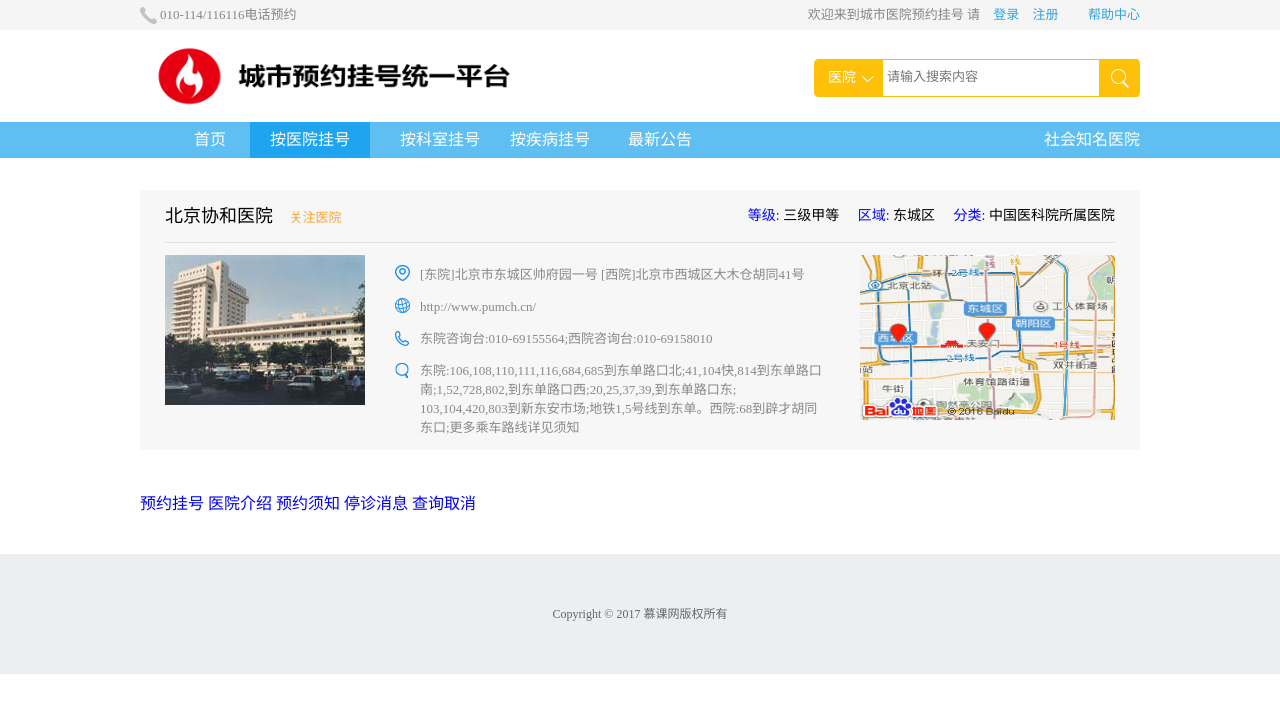
Repository: ScarApocalypse/study
Page: 挂号平台/hospital_detail.html
These files come from the project's save history. The page is drawn as it stood at one moment and after the next save; the edit follows.
The browser window is 1280 px wide. The pictures show the whole page.

Above is the page before, as saved 2019-01-22 23:04:07.

### 挂号平台/hospital_detail.html
<!DOCTYPE html>
<html lang="en">

<head>
    <meta charset="UTF-8">
    <title>城市预约挂号</title>
    <link rel="stylesheet" href="css/layout.css">
    <link rel="stylesheet" type="text/css" href="css/base.css">
    <link rel="stylesheet" type="text/css" href="css/ui.css">
    <link rel="stylesheet" href="css/hosptial.css">
    <link rel="stylesheet" href="css/hospital_detail.css">
    <script type="text/javascript" src="js/jquery-1.7.1.min.js"></script>
    <script type="text/javascript" src="js/data.js"></script>
    <script src="js/hosptial.js"></script>
</head>

<body>
    <!-- 顶部区域 -->
    <div id="top" class="top">
        <div class="wrap">
            <p class="call">010-114/116116电话预约</p>
            <p class="welcome">欢迎来到城市医院预约挂号&nbsp;请&nbsp;<a href="#">登录</a>
                <a href="#">注册</a>
                &nbsp;&nbsp;&nbsp;&nbsp;
                <a href="#">帮助中心</a>
            </p>

        </div>
    </div>
    <!-- 头部区域 -->
    <div id="header" class="header">
        <div class="wrap">
            <a href="index.html" class="logo">
                <img src="img/logo.png">
            </a>
            <div class="search ui-search">
                <div class="ui-search-selected">医院</div>
                <div class="ui-search-selected-list">
                    <a href="#">科室</a>
                    <a href="#">疾病</a>
                    <a href="#">医院</a>

                </div>
                <input class="ui-search-input" type="text" name="search-content" placeholder="请输入搜索内容">
                <a href="#" class="ui-search-submit"></a>
            </div>
        </div>
    </div>
    <!-- 导航栏区域 -->
    <div id="nav" class="nav">
        <div class="wrap">
            <a href="index.html" class="link">首页</a>
            <a href="hosptial.html" class="link link_focus">按医院挂号</a>
            <a href="#" class="link">按科室挂号</a>
            <a href="#" class="link">按疾病挂号</a>
            <a href="#" class="link">最新公告</a>
            <a href="#" class="link right">社会知名医院</a>
        </div>
    </div>
    <!-- 医院信息 -->
    <div class="hospitalDetail wrap">
        <div class="hospitalDetail-title">
            北京协和医院
            <a href="#" class="focus">关注医院</a>
            <div class="hospitalDetail-title-info">
                <span class="header">等级:</span>
                <span class="text">三级甲等</span>
                <span class="header">区域:</span>
                <span class="text">东城区</span>
                <span class="header">分类:</span>
                <span class="text">中国医科院所属医院</span>
            </div>
        </div>
        <div class="hospitalDetail-content">
            <img src="img/hospital-1.jpg" alt="">
            <img src="img/map-1.png" alt="">
            <div class="address">[东院]北京市东城区帅府园一号 [西院]北京市西城区大木仓胡同41号</div>
            <div class="website">http://www.pumch.cn/</div>
            <div class="phone">东院咨询台:010-69155564;西院咨询台:010-69158010</div>
            <div class="message">东院:106,108,110,111,116,684,685到东单路口北;41,104快,814到东单路口南;1,52,728,802,到东单路口西;20,25,37,39,到东单路口东;<br>103,104,420,803到新东安市场;地铁1,5号线到东单。西院:68到辟才胡同东口;更多乘车路线详见须知</div>
        </div>
    </div>
    <div id="order-content" class="order-content">
            <div class="wrap clearfix">
                <!-- 切换栏 -->
                <div class="order-content-tab">
                    <div class="caption">
                        <a href="#8" class="item item_focus">预约挂号</a>
                        <a href="#7" class="item">医院介绍</a>
                        <a href="#7" class="item">预约须知</a>
                        <a href="#7" class="item">停诊消息</a>
                        <a href="#7" class="item">查询取消</a>

                    </div>
                    <div class="block">
                        <div class="item">

                        </div>
                        <div class="item" style="display:none;">
                             科室内容
                        </div>


                    </div>
                </div>

            </div>

        </div>
    <!-- 页脚区域 -->
    <div id="footer" class="footer">
        Copyright &copy 2017 慕课网版权所有
    </div>
    <!-- 回到顶部 -->
    <!-- <a class="go-top" href="#"></a> -->
    <script type="text/javascript" src="js/ui.js"></script>
</body>

</html>

### 挂号平台/css/layout.css
*{
	margin:0;
	padding:0;
}
.clearfix:after{
	content:' ';
	display: block;
	height:0;
	line-height: 0;
	clear:both;
	zoom:1;
}
.wrap{
	width: 1000px;
	margin:0 auto;
	position: relative;
}
.top{
	height: 30px;
	background-color:#f5f5f5;
}
.header{
	height: 92px;
}
.nav{
	height: 36px;
	background-color:#60bff2;
}
.banner{
	width: 802px;
	margin:0 auto;
	height: 414px;
	padding:9px 0 0 198px;
}
.banner-slider{
	float: left;
	width: 544px;
	height: 414px;
	background-color: #8edff3;
}
.banner-search{
	float:right;
	width:250px;
	height:255px;
	background-color: #eee;
}
.banner-help{
	float: right;
	width: 250px;
	height: 146px;
	background-color: #ccc;
	margin-top:12px;
}
.content{
	padding:10px 0 38px 0;
}
.content-tab{
	float: left;
	width: 742px;
	height: 490px;
	background-color: #eee;
}
.content-close,
.content-news{
	float: right;
	width: 248px;
	height: 236px;
	border:1px solid #ccc;
}
.content-close{
	margin-top:12px;
	border-color:red;
}
.footer{
	height:70px;
	padding:25px;
	background-color: #eceef2;
}

### 挂号平台/css/base.css
p{
	display: inline-block;
}
a{
	text-decoration: none;
}
select,input{
	border:none;
	outline:none;
}
img{
	display: block;
}
/*top样式*/
.top{
	line-height: 30px;
	font-size:13px;
	color:#868686;
}
.top .call{
	float:left;
	padding-left:20px;
	background:url(../img/icon-call.png) no-repeat center left;
}
.top .welcome{
	float: right;
}
.top a{
	color:#2da5e1;
	padding-left:10px;
}
/*header样式*/
.header .logo{
	width: 402px;
	height: 74px;
	padding:9px 0;
	display: inline-block;
}
.header .logo img{
	width: 100%;
	height: 100%;
}
.header .search{
	width: 326px;
	height: 38px;
	position: absolute;
	right:0;
	top:29px;
	background-color: orange;
}
/*nav样式*/
.nav .link{
	display: inline-block;
	float:left;
	padding-left:30px;
	line-height: 36px;
	color:#fff;
	font-size:16px;
	min-width:80px;
	text-align: center;
}
.nav .right{
	float:right;
}
.nav .link_focus{
	color:#fff;
	background-color:#1fa4f0;
	padding:0 20px;
}
.nav a:hover{
	color:#d7f3ff;
}
.nav .menu{
	width: 130px;
	padding-right: 30px;
	background-color: #1fa4f0;
	position: relative;

}
.nav .menu .menu-list{
	position: absolute;
	background-color: #1fa4f0;
	width: 100%;
	height: 423px;
	left: 0;
	top:36px;

}
/*banner内样式*/
.banner-search{
	background-color: #fafafa
}
.banner-help .caption,
.banner-search .caption{
	height: 22px;
	padding:15px 0 15px 0;
	text-align: center;
}
.banner-help .caption .text,
.banner-search .caption .text{
	display: inline-block;
	height: 22px;
	line-height: 22px;
	padding-left:28px;
	color:#fec009;
	font-size:16px;
	background: url(../img/icon-help.png) no-repeat 0 0;
}

.banner-search .form{
	height: 150px;
}
.banner-search .form .line{
	padding-bottom:9px;
	text-align: center;
}
.banner-search .form .line select{
	width: 170px;
	font-size:12px;
	z-index:0;
	border:1px solid #dcdddd;
	height: 26px;
	line-height: 26px;
	padding:2px 0;
	border-radius: 5px;
	color:#666;
}
.banner-search .submit{
	height: 32px;
	text-align: center;
}
.banner-search .submit .button{
	width: 108px;
	height: 32px;
	background-color: #f3cd09;
	font-size: 14px;
	color:#fff;
	border-radius: 3px;
	cursor: pointer;
}
.banner-help{
	background-color: #fafafa;
}
.banner-help .caption .text{
	color:#00b3ea;
	background-position: 0 -23px;
}
.banner-help .link{
	color:#00b3ea;
	display: inline-block;
	width: 86px;
	height: 26px;
	line-height: 26px;
	font-size:14px;
	text-align: center;
	padding:0 0 8px 26px;
}
/*content样式*/

/*content新闻和停诊样式*/
.content-close,
.content-news{
	background-color:#fff;
	border:1px solid #f4f6fa;
}
.content-close .caption,
.content-news .caption{
	height:38px;
	line-height: 38px;
	background-color: #f4f6fa;
	text-indent:20px;
	color:#fec009;
	font-size:15px;
}
.content-close .more,
.content-news .more{
	float: right;
	padding-right: 22px;
	font-size:12px;
	color:#868686;
}
.content-close .list,
.content-news .list{
	padding: 15px 20px 13px 35px;
	line-height: 29px;
	font-size:12px;
	background: url(../img/list-yellow.jpg) 15px 22px no-repeat;
}
.content-close .list .link,
.content-news .list .link{
	display: block;
	color:#969696;
}

.content-close .caption{
	color:#4ab4ed;
}
.content-close .list{
	background: url(../img/list-blue.jpg) 15px 22px no-repeat;

}
/*tab样式*/
.content-tab{
	background: none;
}
.content-tab .caption{
	height: 34px;
	line-height: 34px;
	background-color: #f5f6fa;
}
.content-tab .caption .item{
	display: block;
	width: 112px;
	height: 34px;
	text-align: center;
	float: left;
	color:#00b3ea;
}
.content-tab .caption .item_focus{
	background-color: #60bff2;
	color:#fff;
}
.content .block{
	border:1px solid #f4f6fa;
	height: 452px;
}
.content-tab .block-caption{
	height: 26px;
	line-height: 26px;
	padding:8px;
	border-bottom:1px solid #f4f6fa;
}
.content-tab .block-caption-item{
	display: inline-block;
	padding:0 10px 0 10px;
	font-size:12px;
	color:#4c4948;
}
.content-tab .block-caption-item_focus{
	background-color: #60bff2;
	color:#fff;
}
.content-tab .block-content{
	padding:16px 12px;
}
.content-tab .block-content .block-list .item{
	float: left;
	width:216px;
	height: 102px;
	padding:0 20px 10px 120px;
	position: relative;
	font-size:12px;
}
.content-tab .block-content .block-list .item img{
	width: 110px;
	height: 98px;
	position: absolute;
	left:0;
	top:0;
}
.content-tab .block-content .block-list .item-name{
	color:#036eb7;
	font-size:14px;
	line-height: 21px;
	padding-top:13px;
}
.content-tab .block-content .block-list .item-level{
	float: right;
	font-size:12px;
	color:#979797;
}
.content-tab .block-content .block-list .item-phone,
.content-tab .block-content .block-list .item-address{
	/*font-size:12px;*/
	line-height: 18px;
	padding-bottom:4px;
	color:#666;
}
/*tab文案列表样式*/
.content-tab .block-content .block-text-list{

}
.content-tab .block-content .block-text-list .item{
	width: 351px;
	height: 27px;
	display: block;
	font-size:14px;
	color:#666;
	padding-top:8px;
	float: left;
	border-bottom:1px dashed #dcdddd;

}
.content-tab .block-content .block-text-list .item:nth-child(2n){
	margin-left:13px;
}
.content-tab .block-content .block-text-list .item .level{
	float: right;
	padding-right:10px;
}
.content-tab .block-content .block-more{
	display: block;
	line-height: 55px;
	text-align: center;
	color:#5084c4;
	font-size:14px;
}
/*页脚样式*/
.footer{
	line-height: 70px;
	text-align: center;
	font-size:12px;
	color:#666;
}
.go-top{
	display: block;
	position: fixed;
	width: 40px;
	height: 40px;
	right:2px;
	bottom:2px;
	z-index:99;
	color:#fff;
	background: rgb(102,102,102) url(../img/icon-go-up.png) center no-repeat;
	/*background: red;*/
}
.go-top:hover{
	background: rgb(102,102,102);
}
.go-top:hover:after{
	content:'回到顶部';
	display: block;
	line-height: 20px;
	text-align: center;
}

### 挂号平台/css/ui.css
/*ui-search搜索*/
.ui-search {
	background: url(../img/ui-search.jpg);
	font-size: 14px;
	color: #fff;
	position: relative;
}

.ui-search-selected {
	width: 70px;
	height: 38px;
	line-height: 38px;
	position: absolute;
	left: 0;
	top: 0;
	text-indent: 14px;
}

.ui-search-selected-list {
	display: none;
	position: absolute;
	width: 67px;
	line-height: 24px;
	background-color: #fff;
	box-shadow: 3px 3px 5px rgba(0, 0, 0, .2);
	left: 2px;
	top: 36px;
	z-index: 2;
}

.ui-search-selected-list a {
	display: block;
	text-align: center;
	color: #a5a2a2;
}

.ui-search-selected-list a:hover {
	background-color: #ebeef5;
}

.ui-search-input {
	width: 208px;
	height: 26px;
	position: absolute;
	top: 5px;
	left: 73px;
	line-height: 26px;
	font-size: 13px;
	color: #a5a2a2;
}

.ui-search-submit {
	display: block;
	position: absolute;
	right: 0;
	top: 1px;
	width: 40px;
	height: 36px;
}

/* ui-menu分类菜单 */
.ui-menu{}
.ui-menu-item{
	height: 22px;
	line-height: 22px;
	padding:8px 5px 9px 6px;
	/* margin-left:2px; */
	/* position: relative; */
}
.ui-menu-item:hover{
	background: #fff;
}
.ui-menu-item-department{
	float: left;
	height: 22px;
	line-height: 22px;
	position: relative;
	padding-left:30px;
	font-size:14px;
	color:#fff;
}
.ui-menu-item-department:before{
	content:'';
	display:block;
	width: 22px;
	height: 21px;
	position: absolute;
	left:0;
	top:1px;
	background:url('../img/icon-menu.jpg') -22px 0 no-repeat;
}
.ui-menu-item:nth-child(2) .ui-menu-item-department:before{
	background-position-y:-22px;
}
.ui-menu-item:nth-child(3) .ui-menu-item-department:before{
	background-position-y:-66px;
}
.ui-menu-item-disease{
	font-size: 12px;
	float:right;
	padding-left:5px;
	color:#d7f3ff
}
.ui-menu-item:hover .ui-menu-item-department:before{
	background-position-x: 0;
}
.ui-menu-item:hover .ui-menu-item-department{
	color:#333;
}
.ui-menu-item:hover .ui-menu-item-disease{
	color:#868686;
}
.ui-menu-item:hover .ui-menu-item-detail{
	display: block;
}
.ui-menu-item-detail{
	display:none;
	position: absolute;
	width: 500px;
	height: 393px;
	padding:20px 10px 10px 29px;
	background:#fff url(../img/bg-menu.jpg) center no-repeat;
	top:0;
	left:190px;
	box-shadow:5px 5px 2px rgba(0,0,0,.1);
	z-index:9;

}
.ui-menu-item-detail-group{
	padding-bottom:20px;
	text-align: left;


}
.ui-menu-item-detail-group-caption{
	width: 100%;
	display:block;
	color:#666;
	font-size:16px;
	font-weight:bold;
	line-height: 34px;
	height: 34px;
}
.ui-menu-item-detail-group-list{
	line-height: 23px;
}
.ui-menu-item-detail-group-list a{
	display: inline-block;
	color:#868686;
	margin-right:8px;
	font-size:12px;
	padding-bottom:5px;
}
.ui-menu-item-detail-group-list a:after{
	content:'|';
	color:#eee;
	padding-left:8px;
}
/* ui-slider组件 */
.ui-slider{
	width: 544px;
	height: 414px;
	position: relative;
	overflow: hidden;
}
.ui-slider-wrap{
	width: 99999px;
	height: 414px;
	position: absolute;
	left:0;
	right:0;
	transition:all .5s;
}
.ui-slider-wrap .item{
	display: block;
	float:left;
	width: 544px;
	height: 414px;
}
.ui-slider-arrow{
	width: 544px;
	height: 40px;
	position: absolute;
	/* background: #000;	 */
	top:50%;
	transform: translateY(-50%);
}
.ui-slider-arrow .item{
	display: block;
	width: 40px;
	height: 40px;
	position: absolute;
	top:0;
	background: url(../img/ui-slider-arrow.png) no-repeat;
}
.ui-slider-arrow .left{
	left:0;
}
.ui-slider-arrow .right{
	right:0;
	background-position: -40px 0;
}
.ui-slider-process{
	width: 544px;
	height: 12px;
	text-align: center;
	position: absolute;
	left:0;
	bottom:20px;
}
.ui-slider-process .item{
	display: inline-block;
	width: 16px;
	height: 16px;
	background:url(../img/ui-slider-process.png) no-repeat;

}
.ui-slider-process .item_focus,
.ui-slider-process .item:hover{
	background-position: -23px 0;
}
/* 回到顶部 */
.ui-backTop{
	display: none;
	position: fixed;
	right:2px;
	bottom: 2px;
	z-index: 9;
	width: 40px;
	height: 40px;
	color: #fff;
	background:rgba(102,102,102,.9) url(../img/icon-go-up.png) center no-repeat;
}
.ui-backTop:hover{
	background: rgba(102,102,102,.9);
}
.ui-backTop:hover:after{
	content:'回到顶部';
	display: block;
	line-height: 20px;
	text-align: center;
}

### 挂号平台/css/hosptial.css
/* 筛选区域 */
.filter{
    min-height: 100px;
    background-color: #fbfbfb;
    margin:20px auto;
}
.filter .group{
    padding:15px 60px 15px 180px;
    color:#4c4948;
    font-size:12px;
    line-height: 18px;
    min-height:30px;
    position: relative;
}
.filter .group .caption{
    position: absolute;
    left: 30px;
    top: 21px;
    width: 150px;
}
.filter .group .condition{
   color:#4c4948;
   display: inline-block;
   position: relative;
   margin:6px 24px 6px 0px;
   padding:0 5px;
}
.filter .group .caption .condition{
    position: absolute;
    right:0;
    top: -6px;
}
.filter .group .caption .condition::before,
.filter .group .condition::after{
    content:'';
    display: block;
    width: 1px;
    height: 18px;
    background: #dcdddd;
    position: absolute;
    top:0;
    right:-12px;
}
.filter .group .caption .condition::before{
    left:-12px;
}
.filter .group .condition_focus,
.filter .group .condition:hover{
    color:#fff;
    background-color:#60bff2;
}
/* 医院列表 */
.datalist .item{
    height: 130px;
    padding:23px 0 23px 224px;
    border:1px solid #f4f6fa;
    border-bottom:none;
    position: relative;
}
.datalist .item .cover{
    width: 180px;
    height: 130px;
    position: absolute;
    overflow: hidden;
    left: 15px;
    top: 23px;
}
.datalist .item:hover{
    background-color:#f5fcff;
}
.data .item .cover img{
    width: 100%;
    height: 100%;
}
.datalist .item .name{
    padding:13px 0;
    color:#000;
    font-size:15px;
}
.datalist .item .name .level{
    padding:0 2px 0 14px;
    color:#f7b52c;
    font-size: 12px;
}
.datalist .item .address,
.datalist .item .phone,
.datalist .item .time{
    margin-bottom:8px;
    font-size: 13px;
    color:#888;
    line-height: 17px;
    padding-left:22px;
    background: url(../img/icon-tel.png) no-repeat;
    background-position: 1px -36px;
}
.datalist .item .phone{
    background-position: 1px 0;
}
.datalist .item .address{
    background-position: 1px -17px;
}
.datalist .item .button{
    position: absolute;
    width: 105px;
    height: 37px;
    right: 70px;
    top:76px;
    display: block;
    background:url(../img/button-now.png) no-repeat  center left;
}
.datalist .item .button:hover{
    background-position: center right;
}
/* 分页区域 */
.pagination{
    height: 45px;
    line-height: 25px;
    border:1px solid #f4f6fa;
    text-align: center;
    color:#666;
    font-size:15px;
    margin-bottom:200px;
    padding:10px 0;
    box-sizing: border-box;
}
.pagination .item{
    margin-left:14px;
    color:#666;
    display: inline-block;
}
.pagination .item_icon:hover{
    background-color: #00b3ec;
}
.pagination .item_icon{
    background:url(../img/icon-pagination-arrow.png) no-repeat;
}
.pagination .item_prev{
    background-position: 6px -15px;
}
.pagination .item_prev:hover{
    background-position: -20px -15px;
}
.pagination .item_next{
    background-position: 8px 4px;
}
.pagination .item_next:hover{
    background-position: -18px 4px;
}
.pagination .input_page,
.pagination .item_page,
.pagination .item_icon{
    display: inline-block;
    width: 23px;
    height: 23px;
    line-height: 23px;
    border:solid 1px #dcdddd;
    border-radius:3px;
}
.pagination .item_page_focus{
    background:#00b3ec;
    color:#fff
}
.pagination .input_page{
    width: 45px;
    text-align: center;
}
.pagination .input_submit{
    width: 34px;
    height: 25px;
    display: inline-block;
    margin-left:10px;
    background:url(../img/icon-pagination-go.png);
    vertical-align:middle;
    cursor: pointer;
}

### 挂号平台/css/hospital_detail.css
.hospitalDetail{
    height: 260px;
    background:#f7f7f7;
    margin-top:32px;
    /* padding-left:250px */
    padding:0 25px;
    position: relative;
    box-sizing:border-box;
}
.hospitalDetail .hospitalDetail-title{
    font-size:18px;
    height: 52px;
    line-height: 52px;
    border-bottom:1px solid #e2e2e2;
}
.hospitalDetail .hospitalDetail-title .focus{
    color:#f9a533;
    font-size:13px;
    margin-left:12px;
}
.hospitalDetail .hospitalDetail-title .hospitalDetail-title-info{
    float:right;
    font-size:14px;
}
.hospitalDetail .hospitalDetail-title .hospitalDetail-title-info .header{
    color:#0205ff;
    margin-left:15px;
}
.hospitalDetail-content{
    padding:22px 290px 0 230px;
    position: relative;
}
.hospitalDetail-content img{
    position: absolute;
    left:0;
    top:12px;
    width: 200px;
    height: 150px;
}
.hospitalDetail-content img:nth-child(2){
    width: 255px;
    height: 165px;
    left:auto;
    right:0;
}
.hospitalDetail .hospitalDetail-content .website,
.hospitalDetail .hospitalDetail-content .phone,
.hospitalDetail .hospitalDetail-content .message,
.hospitalDetail .hospitalDetail-content .address{
    background: url(../img/icon-web.png) 0 0 no-repeat;

    padding-left:25px;
    font-size:13px;
    line-height: 19px;
    height:17px;
    margin-bottom:15px;
    color:#888;
}
.hospitalDetail .hospitalDetail-content .website{
    background-position:0 -21px;
}
.hospitalDetail .hospitalDetail-content .phone{
    background-position: 0 -42px;
}
.hospitalDetail .hospitalDetail-content .message{
    background-position: 0 -63px;
}
/* 内容切换栏区域 */
.order-content{
    margin:40px 0;
    padding:0;

}
.order-content-tab{
    /* width: 1000px; */
    width: 100%;
}

### 挂号平台/js/ui.js
//ui-search组件
$.fn.UiSearch = function () {
	var ui = $(this);
	var flag = 0;
	$('.ui-search-selected', ui).on('click', function () {
		if (flag) {
			$('.ui-search-selected-list').hide();
			flag = 0;
		} else {
			$('.ui-search-selected-list').show();
			flag = 1;
		}

		return false;
	});
	$('.ui-search-selected-list a', ui).on('click', function () {
		$('.ui-search-selected').text($(this).text());
		$('.ui-search-selected-list').hide();
		flag = 0;
		return false;
	});
	$('body').on('click', function () {
		if (flag) {
			$('.ui-search-selected-list').hide();
			flag = 0;
		}

	});
};
$.fn.UiSlider = function () {
	var ui = $(this);
	var wrap = $('.ui-slider-wrap');
	var btn_prev = $('.ui-slider-arrow .left', ui);
	var btn_next = $('.ui-slider-arrow .right', ui);
	var items = $('.ui-slider-wrap .item', ui);
	var tips = $('.ui-slider-process .item', ui);
	// 预定义
	var current = 0;
	var size = items.size();
	var width = items.eq(0).width();
	var enableAuto = true;
	// 具体操作
	ui.on('mouseover', function () {
		enableAuto = false;
	}).on('mouseout', function () {
		enableAuto = true;
	});
	wrap
		.on('move_to', function (evt, index) {
			wrap.css('left', index * width * -1);
			tips.removeClass('item_focus').eq(index).addClass('item_focus');
		})
		.on('move_prev', function () {
			if (current <= 0) {
				current = size - 1;
			}
			current = current - 1;
			wrap.triggerHandler('move_to', current);
		})
		.on('move_next', function () {
			if (current == size - 1) {
				current = -1;
			}
			current = current + 1;
			wrap.triggerHandler('move_to', current);
		})
		.on('auto_move', function () {
			setInterval(function () {
				enableAuto && wrap.triggerHandler('move_next');
			}, 2000)
		});
	btn_prev.on('click', function () {
		wrap.triggerHandler('move_prev');
	});
	btn_next.on('click', function () {
		wrap.triggerHandler('move_next');
	});
	wrap.triggerHandler('auto_move');
};
// 级联菜单
$.fn.UiCascading = function () {
	var ui = $(this);
	var selects = $('select', ui);
	selects
		.on('reloadOptions', function () {
			var method = $(this).attr('data-search');
			var args = $(this).attr('data-where').split(',');

			var data = AjaxRemoteGetData[method].apply(this,args);
			var select = $(this);

			select.find('option').remove();
			// console.log(select[0]);
			$.each(data, function (i, item) {
				var el = $('<option value="' + item + '">' + item + '</option>');
				// console.log(el[0]);

				select.append(el);
			});

		})
		.on('change', function () {
			var val = $(this).val();
			var index = selects.index(this);
			// 触发下一个select的更新，根据当前的值
			var where = $(this).attr('data-where');
			where = where ? where.split(',') : [];
			where.push($(this).val());
			selects.eq(index + 1)
				.attr('data-where', where.join(','))
				.triggerHandler('reloadOptions');

			ui.find('select:gt(' + (index + 1) + ')').each(function () {
				$(this)
					.attr('data-where', '')
					.triggerHandler('reloadOptions');
			});


		});

	selects.eq(0).triggerHandler('reloadOptions');

};
$.fn.UiTab=function(header,content,focus_prefix){
	var ui=$(this);
	var tabs=$(header,ui);
	var cons=$(content,ui);
	var focus_prefix=focus_prefix||'';
	tabs.on('click',function(){
		var index=$(this).index();

		tabs.removeClass(focus_prefix+'item_focus').eq(index).addClass(focus_prefix+'item_focus');
		cons.hide().eq(index).show();

	});
};
$.fn.UiBackTop=function(){
	var ui=$(this);

	var el=$('<a class="ui-backTop" href="#"></a>');
	ui.append(el);
	// alert('msg');
	var windowHeight=$(window).height();
	$(window).on('scroll',function(){
		var top=$('html').scrollTop();
		if(top>windowHeight){

			el.show();
		}else{
			el.hide();
		}
	});
};
$(function () {
	console.log("hello");
	$('.ui-search').UiSearch();
	$('.ui-slider').UiSlider();
	$('.ui-cascading').UiCascading();
	$('.content-tab').UiTab('.caption > .item','.block > .item');
	$('.content-tab .block .item').UiTab('.block-caption>a','.block-content > .block-wrap','block-caption-');
	$('body').UiBackTop();
	console.log(AjaxRemoteGetData.getDistinctArea());
});

Loaded but not shown: 挂号平台/js/jquery-1.7.1.min.js (library); 挂号平台/js/hosptial.js (145 lines, source omitted); 挂号平台/js/data.js (172 lines, source omitted)

After the next save:
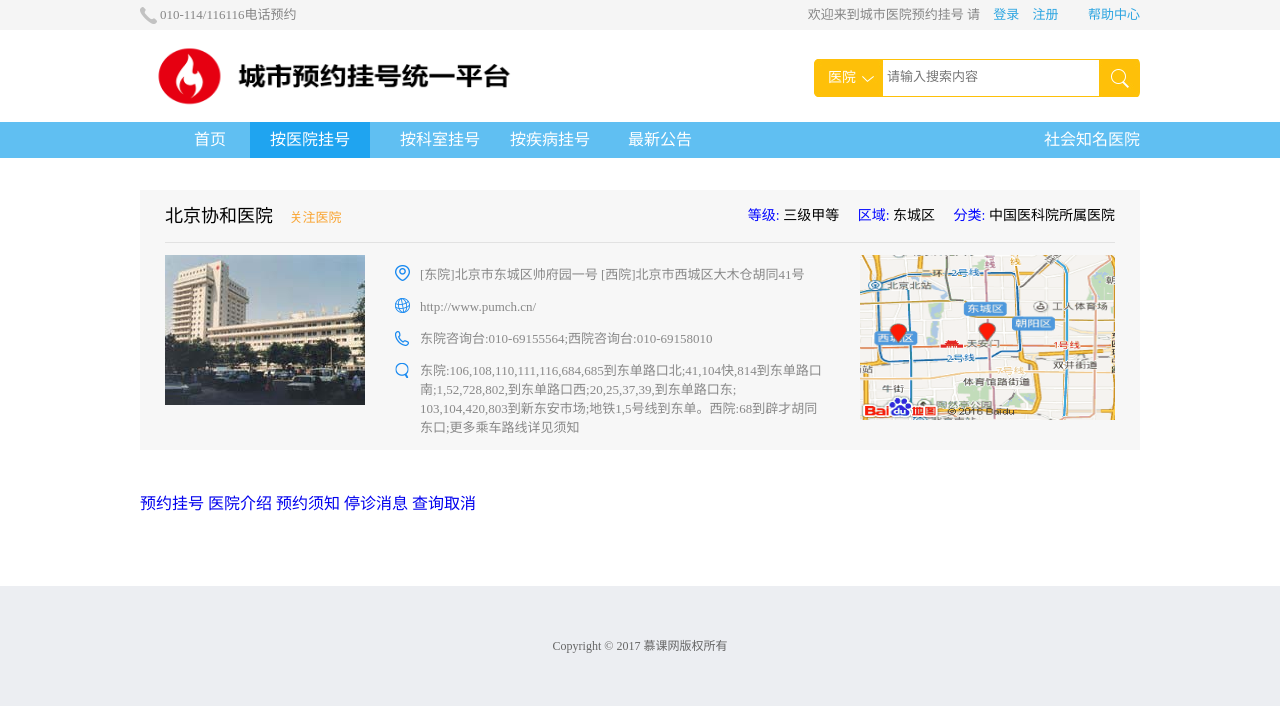
Saved 66 s later.
--- a/挂号平台/css/hospital_detail.css
+++ b/挂号平台/css/hospital_detail.css
@@ -75,3 +75,7 @@
     /* width: 1000px; */
     width: 100%;
 }
+.order-content-tab .item{
+    width: 110px;
+    height: 32px;
+}
